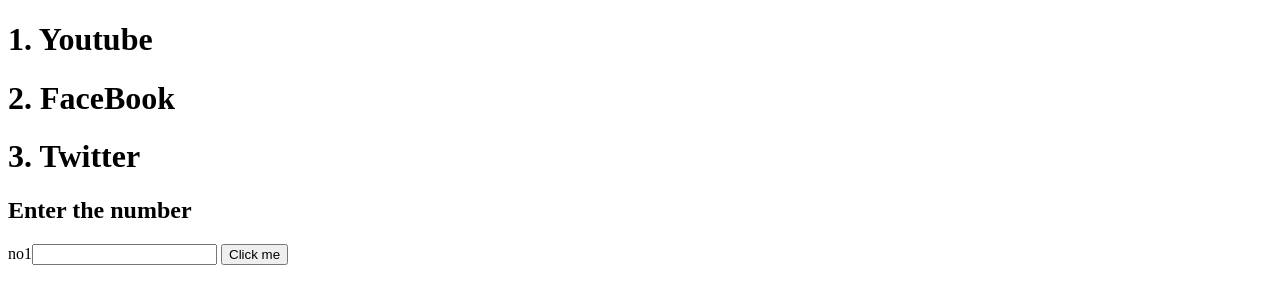
Repository: Strangeryoga/JSHS
Page: J2EE/P1/src/main/webapp/ok.html
The author's editor kept a copy of each file at every save. The page is drawn from the files as they stood at one save, then again after the next save.
The browser window is 1280 px wide. The pictures show the whole page.

Above is the page before, as saved 2023-05-22 18:16:54.

### J2EE/P1/src/main/webapp/ok.html
<!DOCTYPE html>
<html>
<head>
<meta charset="UTF-8">
<title>Insert title here</title>
</head>
<body>

<form action="h1" method="post">
<h1>1. Youtube</h1>
<h1>2. FaceBook</h1>
<h1>3. Twitter</h1>
<h2>Enter the number</h2>
no1<input type="text" name="num1">
<button>Click me</button>
</form>
</body>
</html>

After the next save:
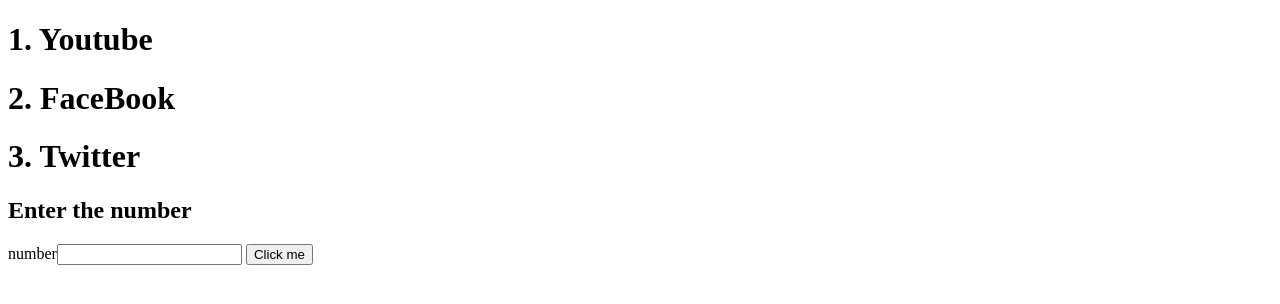
Saved 11 s later.
--- a/J2EE/P1/src/main/webapp/ok.html
+++ b/J2EE/P1/src/main/webapp/ok.html
@@ -11,7 +11,7 @@
 <h1>2. FaceBook</h1>
 <h1>3. Twitter</h1>
 <h2>Enter the number</h2>
-no1<input type="text" name="num1">
+number<input type="text" name="num1">
 <button>Click me</button>
 </form>
 </body>
